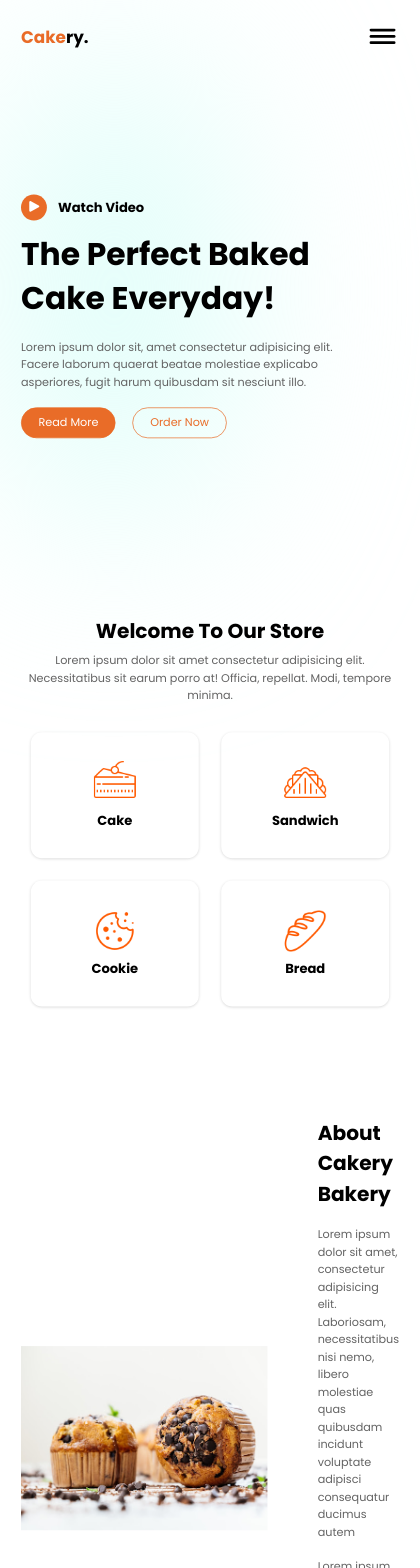
Repository: kingamirhosein100000-maker/cake.shop
Page: index.html
These files come from the project's save history. The page is drawn as it stood at one moment and after a run of saves; the edit follows.
The browser window is 600 px wide. The pictures show the part of the page from y = 0 to 2240 px (the page is 5901 px tall), at 70% of full size.
Some web libraries are served in a nearby version.

Above is the page before, as saved 2026-01-29 19:39:16.

After the next 2 saves:
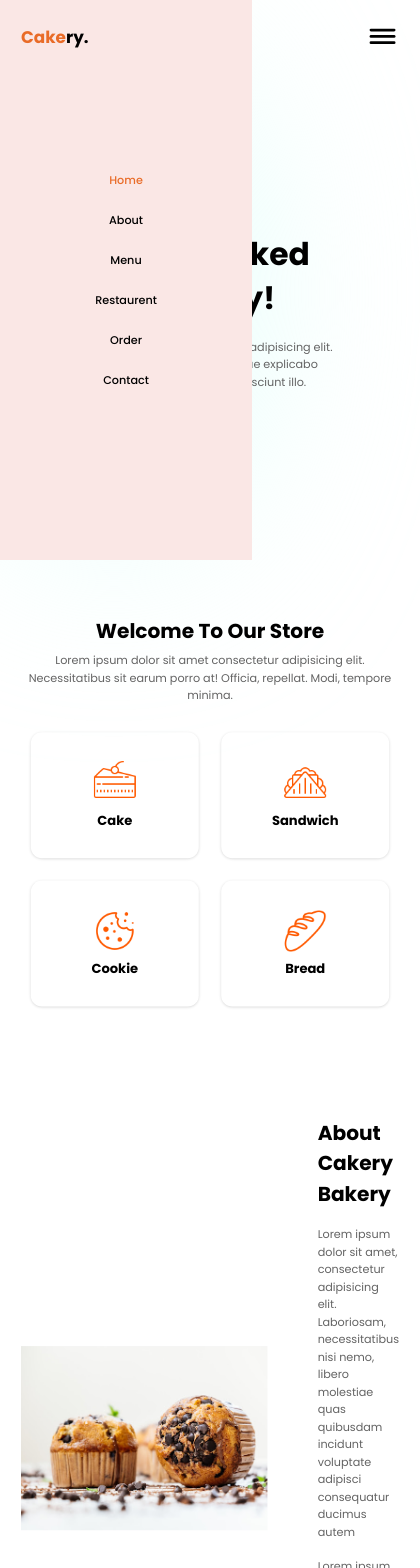
The 2 saves are shown as one change because they came seconds apart.
The last was saved 12 s later.
--- a/style.css
+++ b/style.css
@@ -438,6 +438,6 @@
                             height: 100vh;
                             width: 60%;
                             z-index: 5;
-                            transform: translate(-100%);
-                        }
-                    }
+                            transform: translate(-0%);
+                        }
+                    }
